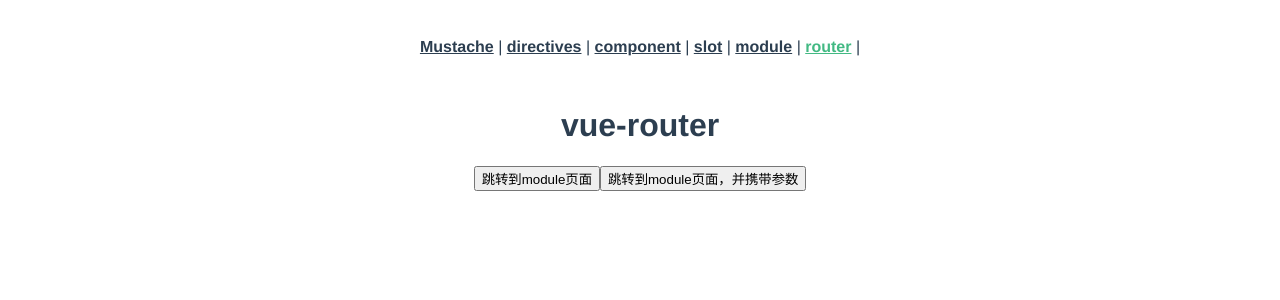
Repository: yeyanghui0616/my-vue2-learning
Page: /router
The author's editor kept a copy of each file at every save. The page is drawn from the files as they stood at one save, then again after the next save.
The browser window is 1280 px wide. The pictures show the whole page.
The project was rebuilt for these pictures with package versions that can differ from the ones it lists, and the page was loaded fresh each time. Also part of the build but not shown: src/views/Mustache.vue, src/components/globalComponent.vue.

Above is the page before, as saved 2023-08-30 22:17:39.

### src/main.js
import Vue from "vue";
import App from "./App.vue";
import router from "./router";
import store from "./store";

// 注册全局组件
import globalComponent from "./components/globalComponent";
Vue.component("globalComponent", globalComponent);

Vue.config.productionTip = false;

new Vue({
	router,
	store,
	render: (h) => h(App),
}).$mount("#app");

### src/App.vue
<template>
  <div id="app">
    <div id="nav">
      <router-link to="/">Mustache</router-link> |
      <router-link to="/directives">directives</router-link> |
      <router-link to="/component">component</router-link> |
      <router-link to="/slot">slot</router-link> |
      <router-link to="/module">module</router-link> |
      <router-link to="/router">router</router-link> |
    </div>
    <router-view />
  </div>
</template>

<style lang="scss">
#app {
  font-family: Avenir, Helvetica, Arial, sans-serif;
  -webkit-font-smoothing: antialiased;
  -moz-osx-font-smoothing: grayscale;
  text-align: center;
  color: #2c3e50;
}

#nav {
  padding: 30px;

  a {
    font-weight: bold;
    color: #2c3e50;

    &.router-link-exact-active {
      color: #42b983;
    }
  }
}
</style>

### src/router/index.js
import Vue from "vue";
import VueRouter from "vue-router";
import Mustache from "../views/Mustache.vue";

Vue.use(VueRouter);

const routes = [
	{
		path: "/",
		name: "Mustache",
		component: Mustache,
	},
	{
		path: "/directives",
		name: "directives",
		component: () => import("../views/directives.vue"),
	},
	{
		path: "/component",
		name: "component",
		component: () => import("../views/component.vue"),
	},
	{
		path: "/slot",
		name: "slot",
		component: () => import("../views/slot.vue"),
	},
	{
		path: "/module",
		name: "module",
		component: () => import("../views/module.vue"),
	},
	{
		path: "/router",
		name: "router",
		component: () => import("../views/router.vue"),
	},
];

const router = new VueRouter({
	mode: "history",
	base: process.env.BASE_URL,
	routes,
});

export default router;

### src/views/router.vue
<template>
  <div>
    <h1>vue-router</h1>
    <button @click="jumpModulePage">跳转到module页面</button>
    <button @click="jumpModulePageAndParams">跳转到module页面，并携带参数</button>
  </div>
</template>

<script>
export default {
  data() {
    return {};
  },

  methods: {
    jumpModulePage() {
      this.$router.push("/module");
    },
    jumpModulePageAndParams() {
      this.$router.push("/module");
    },
  },
};
</script>

<style lang="scss"></style>

Loaded but not shown: public/index.html (common file); src/store/index.js (common file)

After the next save:
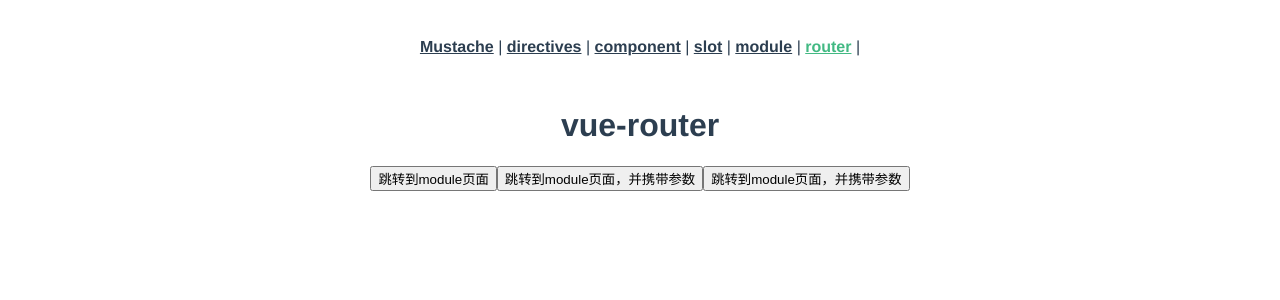
Saved 62 s later.
--- a/src/views/router.vue
+++ b/src/views/router.vue
@@ -2,6 +2,7 @@
   <div>
     <h1>vue-router</h1>
     <button @click="jumpModulePage">跳转到module页面</button>
+    <button @click="jumpModulePageAndParams">跳转到module页面，并携带参数</button>
     <button @click="jumpModulePageAndParams">跳转到module页面，并携带参数</button>
   </div>
 </template>
